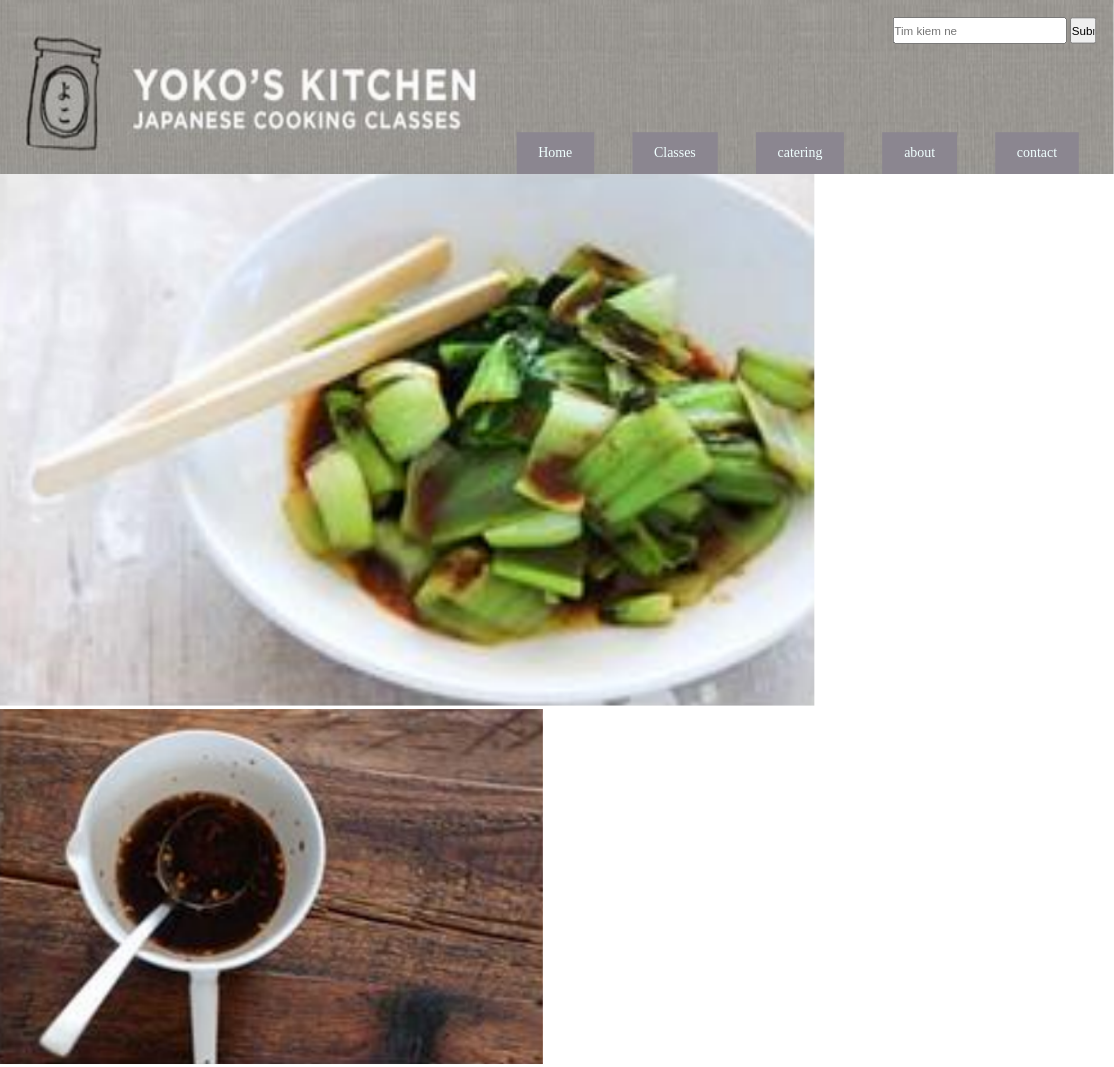
Repository: huy352002/20012931-Tr-n-Quang-Huy
Page: bt2.html
These files come from the project's save history. The page is drawn as it stood at one moment and after the next save; the edit follows.
The browser window is 1280 px wide. The pictures show the whole page, at 87% of full size.

Above is the page before, as saved 2022-09-30 09:59:08.

After the next save:
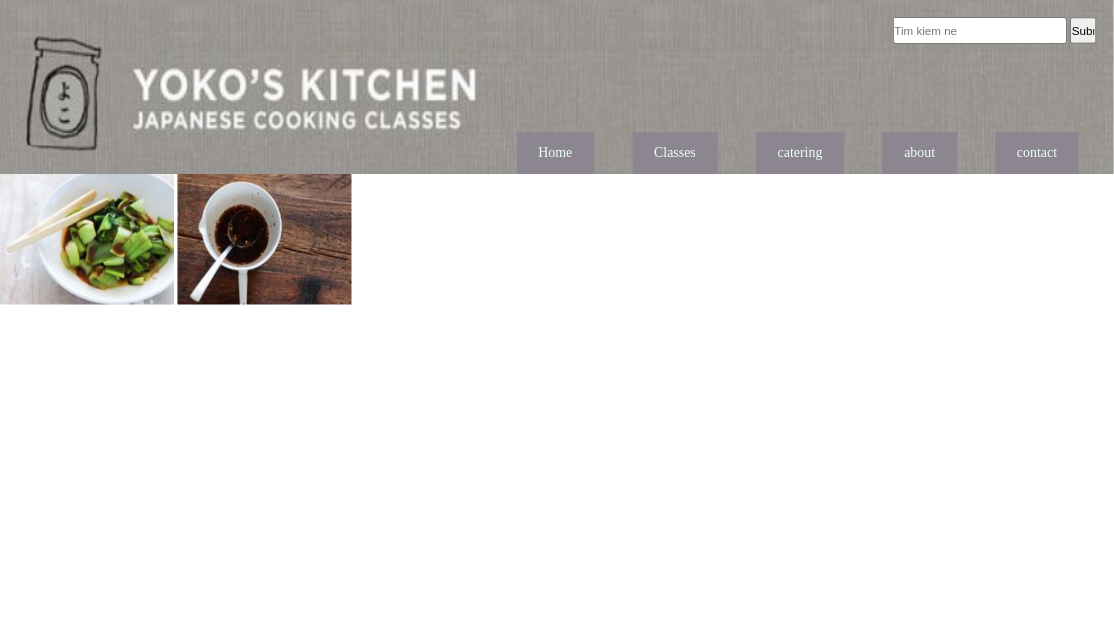
Saved 20 s later.
--- a/bt2.css
+++ b/bt2.css
@@ -77,6 +77,11 @@
     width: 49%;
 }
 
+.img {
+    width: 200px;
+    height: 150px;
+}
+
 .body2 {
     position: absolute;
     width: 35%;
